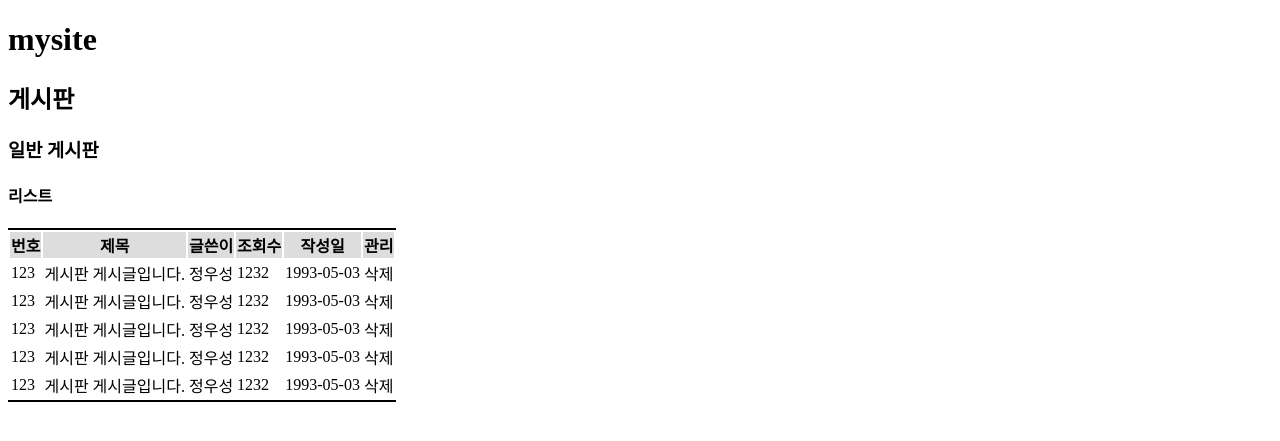
Repository: jeemaru/htme_01
Page: css_02/ex_04-1.html
An editor plug-in stored every save of this project. The page is shown before and after the next save, followed by the edit.
The browser window is 1280 px wide. The pictures show the whole page.

Above is the page before, as saved 2022-04-07 08:14:06.

### css_02/ex_04-1.html
<!DOCTYPE html>

<html lang="ko"> <!-- 한국어문서만 검색할때, 음성으로 할때 한국어 음성지원 -->
    <head>
        <meta charset="UTF-8"> <!-- 브라우저가 문서를 해석할때 필요한 정보 -->
        <title>스타일시트</title>
        <!-- 스타일시트자리 -->
        <style>
        	table{border: 2px solid #000000;
        		  border-right: none;
        		  border-left: none;}
        	thead{background-color: #dddddd;}


        </style>

    </head>

    <body>
		<h1>mysite</h1>
		<h2>게시판</h2>
		<h3>일반 게시판</h3>
		<h4>리스트</h4>
			<table>
				<thead>
					<tr>
						<th>번호</th>
						<th>제목</th>
						<th>글쓴이</th>
						<th>조회수</th>
						<th>작성일</th>
						<th>관리</th>
					</tr>
				</thead>
				<tbody>
					<tr>
						<td>123</td>
						<td>게시판 게시글입니다.</td>
						<td>정우성</td>
						<td>1232</td>
						<td>1993-05-03</td>
						<td>삭제</td>
					</tr>
					<tr>
						<td>123</td>
						<td>게시판 게시글입니다.</td>
						<td>정우성</td>
						<td>1232</td>
						<td>1993-05-03</td>
						<td>삭제</td>
					</tr>
					<tr>
						<td>123</td>
						<td>게시판 게시글입니다.</td>
						<td>정우성</td>
						<td>1232</td>
						<td>1993-05-03</td>
						<td>삭제</td>
					</tr>
					<tr>
						<td>123</td>
						<td>게시판 게시글입니다.</td>
						<td>정우성</td>
						<td>1232</td>
						<td>1993-05-03</td>
						<td>삭제</td>
					</tr>
					<tr>
						<td>123</td>
						<td>게시판 게시글입니다.</td>
						<td>정우성</td>
						<td>1232</td>
						<td>1993-05-03</td>
						<td>삭제</td>
					</tr>
				</tbody>
			</table>


    </body>

</html>

After the next save:
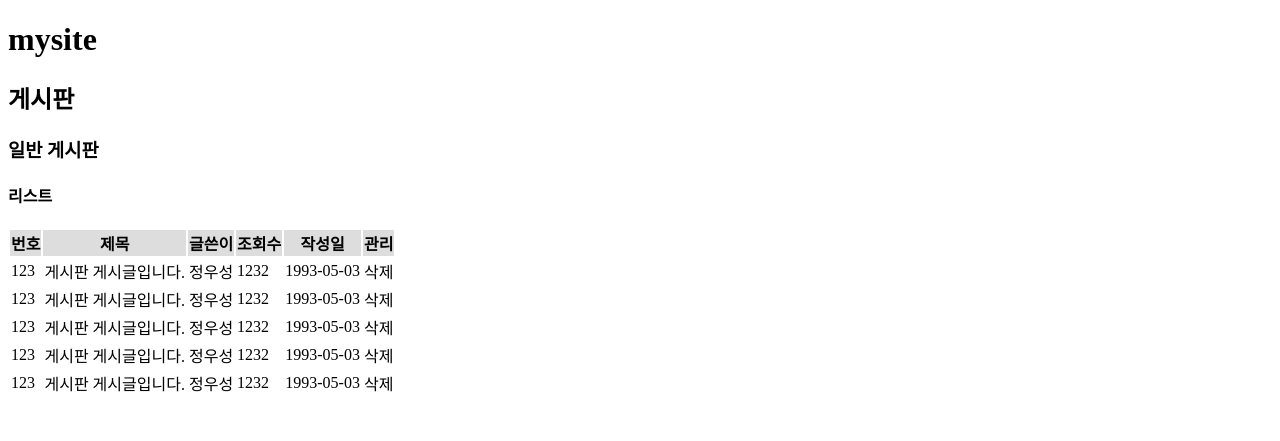
Saved 14 min 14 s later.
--- a/css_02/ex_04-1.html
+++ b/css_02/ex_04-1.html
@@ -6,11 +6,11 @@
         <title>스타일시트</title>
         <!-- 스타일시트자리 -->
         <style>
-        	table{border: 2px solid #000000;
+        	tr{border: 2px solid #000000;
         		  border-right: none;
         		  border-left: none;}
         	thead{background-color: #dddddd;}
-
+        	tbody{border: 1px solid #000000;}
 
         </style>
 
